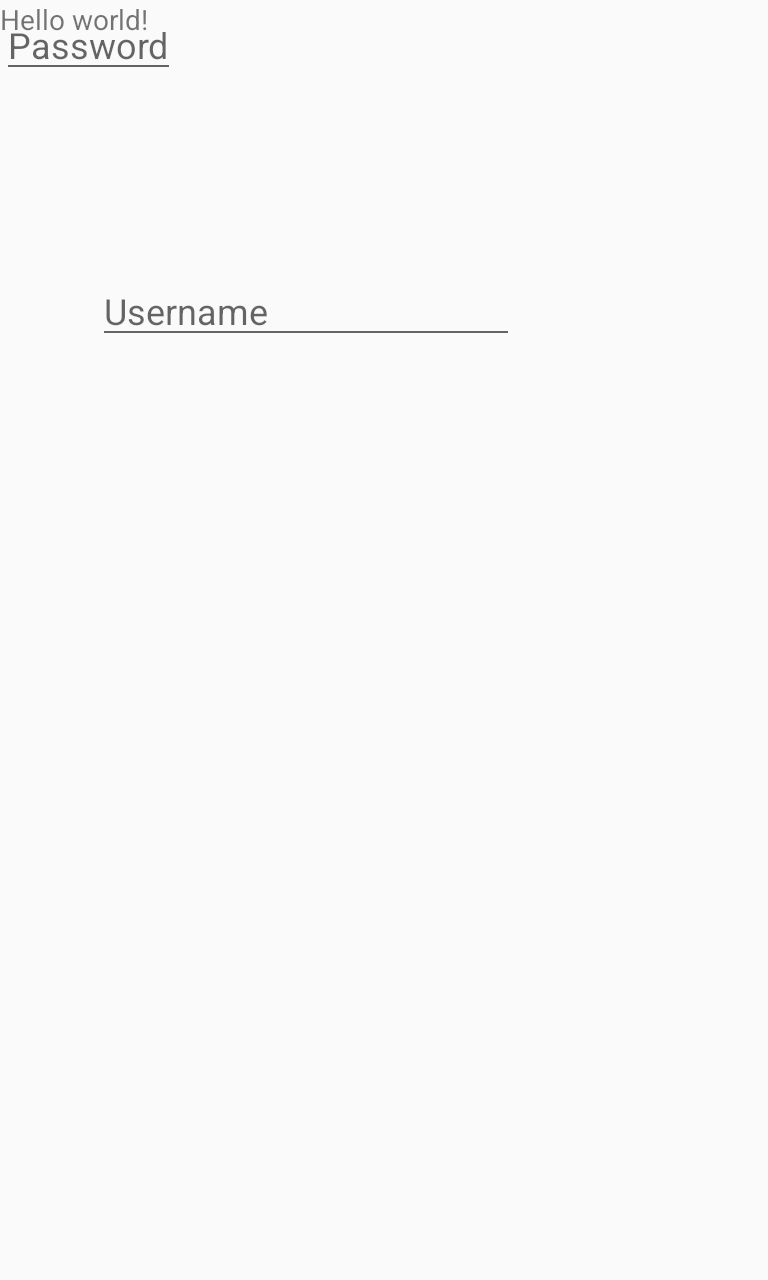
Repository: LogInc/oscar_app
Layout: Android/Oscar/res/layout/activity_login.xml
These files come from the project's save history. The layout is drawn as it stood at one moment and after the next save; the edit follows.
It is drawn on a 768 x 1280 px phone screen (xhdpi) without system bars, with theme AppTheme; the app's code is not run.

Above is the layout before, as saved 2015-02-19 12:54:38.

After the next save:
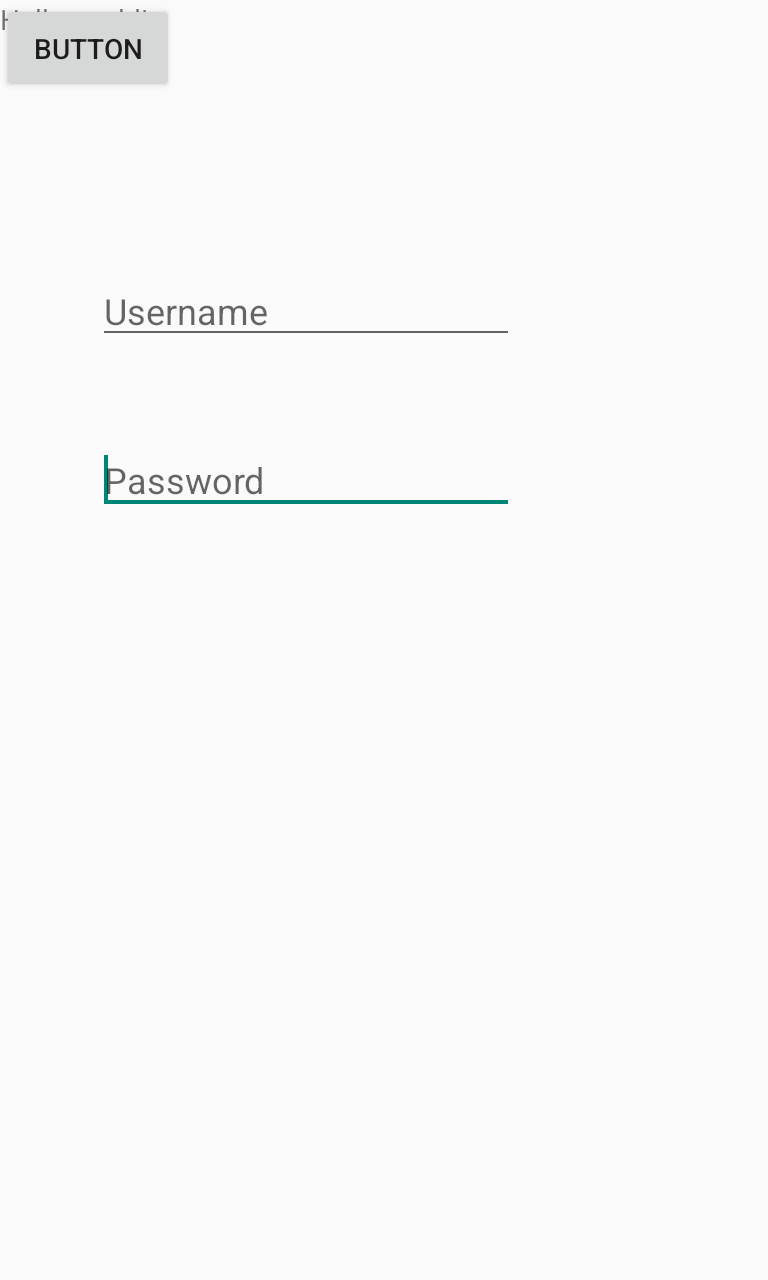
Saved 33 s later.
--- a/Android/Oscar/res/layout/activity_login.xml
+++ b/Android/Oscar/res/layout/activity_login.xml
@@ -22,9 +22,23 @@
         android:hint="@string/Username" />
 
     <EditText
+        android:id="@+id/editText2"
+        android:layout_width="wrap_content"
+        android:layout_height="wrap_content"
+        android:layout_alignLeft="@+id/editText1"
+        android:layout_below="@+id/editText1"
+        android:layout_marginTop="43dp"
+        android:ems="10"
+        android:hint="@string/Password" >
+
+        <requestFocus />
+    </EditText>
+
+    <Button
+        android:id="@+id/button1"
         android:layout_width="wrap_content"
         android:layout_height="wrap_content"
 
-        android:hint="@string/Password" />
+        android:text="Button" />
 
 </RelativeLayout>
